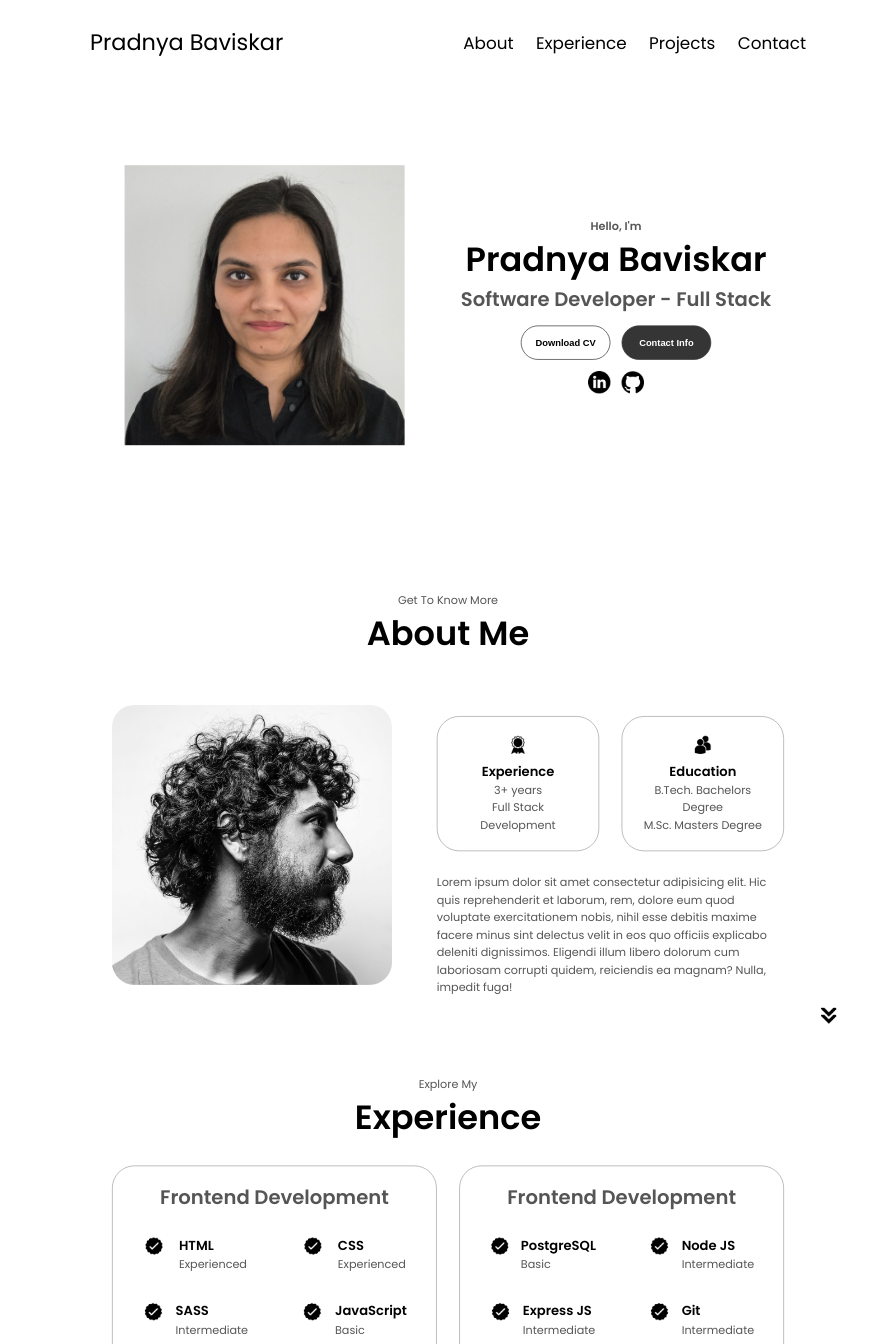
Repository: Pradnya-07/Portfolio-Pradnya
Page: index.html
These files come from the project's save history. The page is drawn as it stood at one moment and after the next save; the edit follows.
The browser window is 1280 px wide. The pictures show the part of the page from y = 0 to 1920 px (the page is 4127 px tall), at 70% of full size.
A picture or video elsewhere on the page could not be fetched, so the positions and the page height are approximate.

Above is the page before, as saved 2025-04-07 16:05:37.

After the next save:
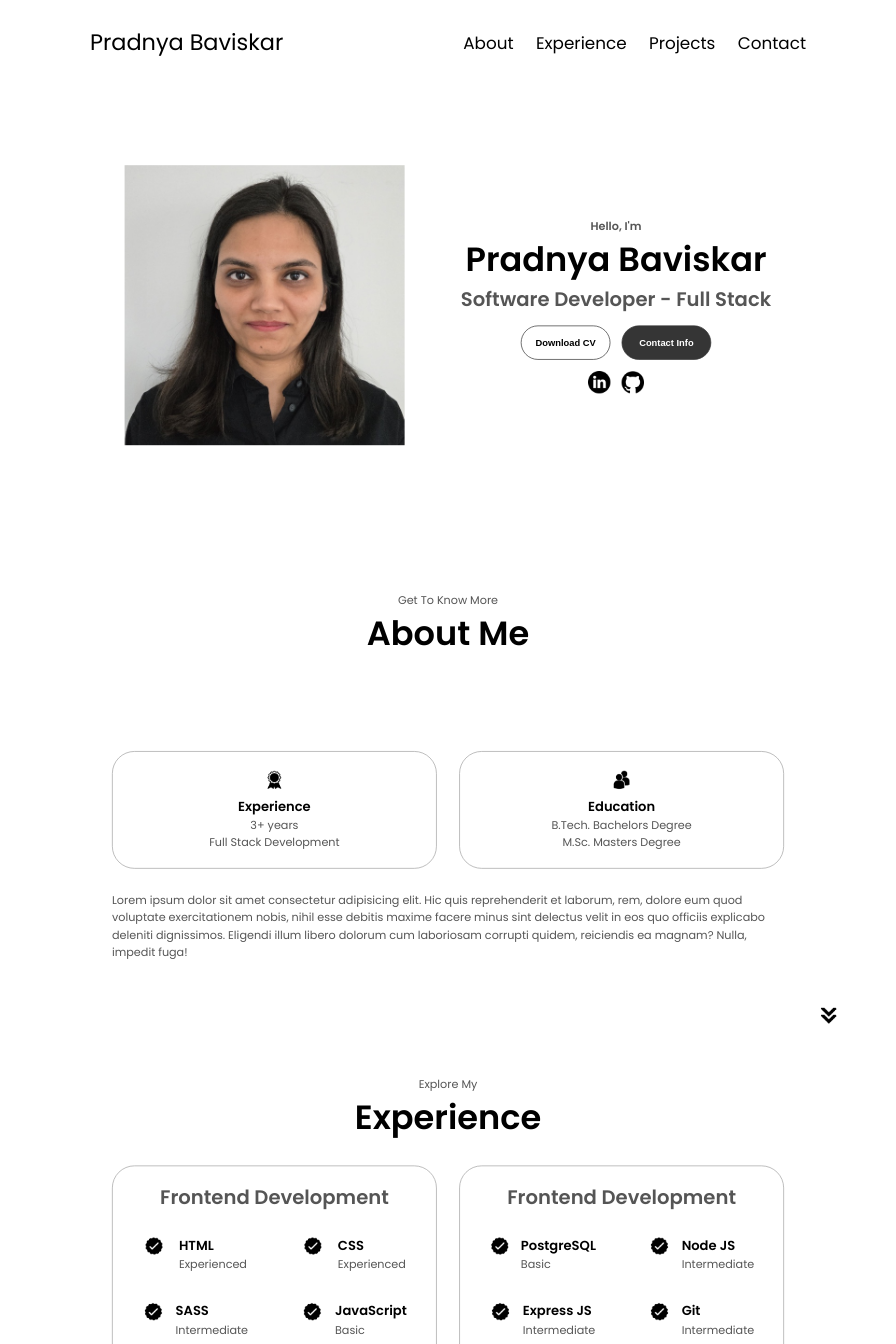
Saved 117 s later.
--- a/index.html
+++ b/index.html
@@ -75,13 +75,7 @@
       <p class="section__text__p1">Get To Know More</p>
       <h1 class="title">About Me</h1>
       <div class="section-container">
-        <div class="section__pic-container">
-          <img
-            src="./assets/about-pic.png"
-            alt="Profile picture"
-            class="about-pic"
-          />
-        </div>
+
         <div class="about-details-container">
           <div class="about-containers">
             <div class="details-container">
